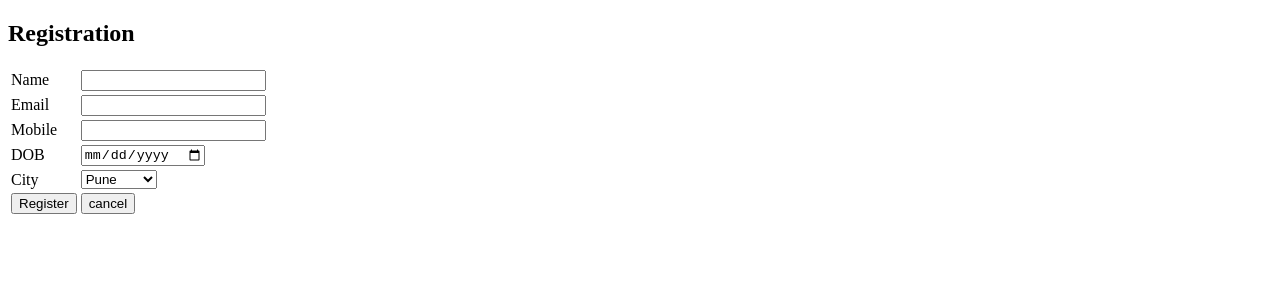
Repository: saurabh-7079/BookApp
Page: UserManagement/WebContent/index.html
The author's editor kept a copy of each file at every save. The page is drawn from the files as they stood at one save, then again after the next save.
The browser window is 1280 px wide. The pictures show the whole page.

Above is the page before, as saved 2023-06-05 14:03:18.

### UserManagement/WebContent/index.html
<!DOCTYPE html>
<html>
<head>
<meta charset="ISO-8859-1">
<title>Insert title here</title>
</head>
<body>
<form action="register" method="post" class="form" id="frm">
      <h2>Registration </h2>
      <table>
      <tr>
      <td>Name</td>
      <td><input type="text" name="userName" required></td>
      </tr>
      <tr>
      <td>Email</td>
      <td><input type="email" name="email" required></td>
      </tr>
      <tr>
      <td>Mobile</td>
      <td><input type="text" name="mobile" required></td>
      </tr>
      <tr>
      <td>DOB</td>
      <td><input type=date name="dob" required></td>
      </tr>
      <tr>
      <td>City</td>
      <td><select name="city">
          <option value="pune" >Pune</option>
          <option value="mumbai">Mumbai</option>
          <option value="delhi">Delhi</option>
          <option value="banglore">Banglore</option>
      </select></td>
      </tr>
      <tr>
      <td><button type="submit"> Register</button></td>
      <td><button type="reset"> cancel</button></td>
      </tr>
      </table>

   </form>

</body>
</html>

After the next save:
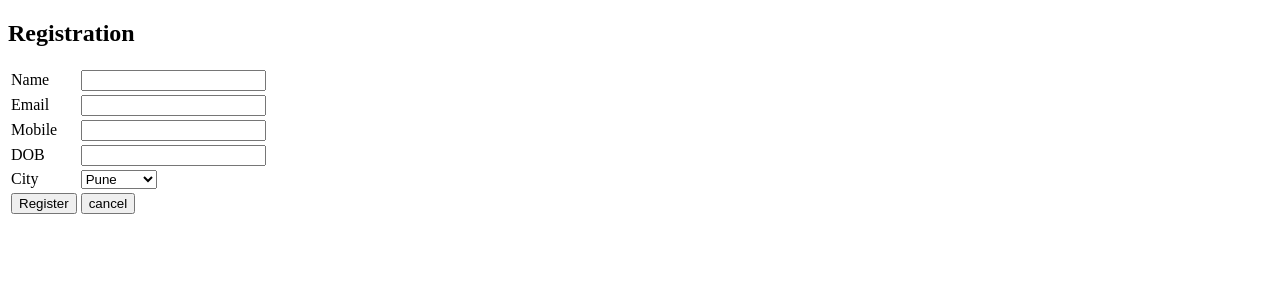
Saved 3 min 54 s later.
--- a/UserManagement/WebContent/index.html
+++ b/UserManagement/WebContent/index.html
@@ -22,7 +22,7 @@
       </tr>
       <tr>
       <td>DOB</td>
-      <td><input type=date name="dob" required></td>
+      <td><input type="datetime" name="dob" required></td>
       </tr>
       <tr>
       <td>City</td>

After the save that followed:
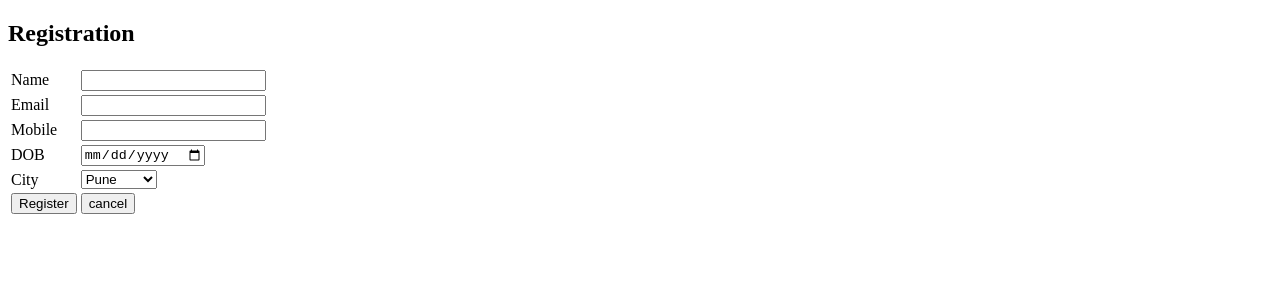
Saved 2 min 28 s later.
--- a/UserManagement/WebContent/index.html
+++ b/UserManagement/WebContent/index.html
@@ -22,7 +22,7 @@
       </tr>
       <tr>
       <td>DOB</td>
-      <td><input type="datetime" name="dob" required></td>
+      <td><input type="date" name="dob" required></td>
       </tr>
       <tr>
       <td>City</td>
